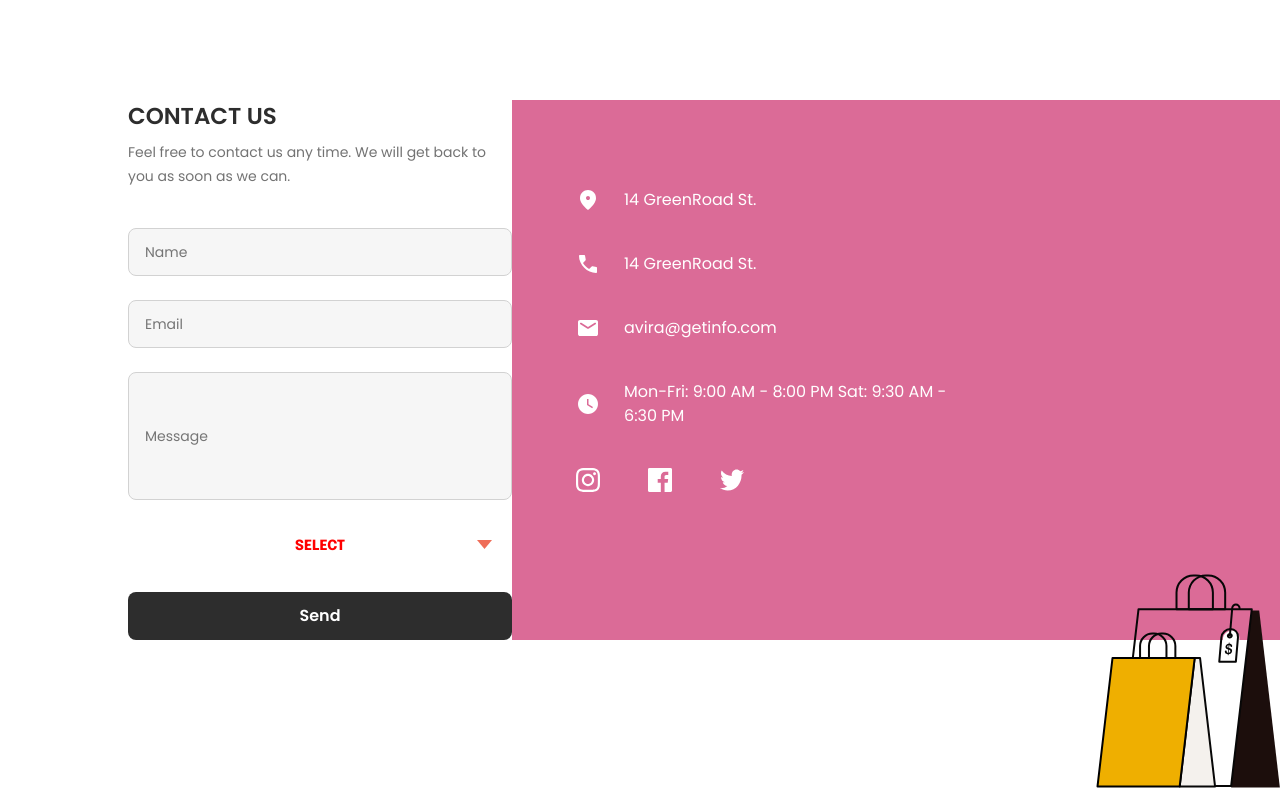
Repository: NatiqSamiyev/E-commerce-vebsite
Page: pages/contactPage/index.html
An editor plug-in stored every save of this project. The page is shown before and after the next save, followed by the edit.
The browser window is 1280 px wide. The pictures show the whole page.
Some web fonts or font styles are not loaded; a fallback is used.

Above is the page before, as saved 2023-12-05 12:07:12.

### pages/contactPage/index.html
<!DOCTYPE html>
<html lang="en">

<head>
    <meta charset="UTF-8">
    <meta name="viewport" content="width=device-width, initial-scale=1.0">
    <title>Document</title>
    <link rel="stylesheet" href="../../assets/css/reset.css">
    <link rel="stylesheet" href="./index.css">
</head>

<body>
    <div class="contact-us-container">
        <div class="form-container">
            <h1>CONTACT US</h1>
            <p>Feel free to contact us any time. We will get back to you as soon as we can.</p>
            <form action="">
                <label for="">
                    <input type="text" placeholder="Name" class="name-input" required>
                </label>
                <label for="">
                    <input type="email" placeholder="Email" class="email-input" required>
                </label>
                <label for="">
                    <input type="text" placeholder="Message" class="message-input" required>
                </label>
                <div class="select-container">
                    <div class="option-select">
                        <button class="btn-1">Select</button>
                        <svg class="no-rotate" xmlns="http://www.w3.org/2000/svg" width="10" height="6"
                            viewBox="0 0 10 6" fill="none">
                            <path d="M5 6L10 0H0L5 6Z" fill="#EF6D58" />
                        </svg>
                    </div>
                    <div class="option-box">
                        <p>Option-1</p>
                        <p>Option-2</p>
                    </div>
                </div>
                <button class="btn-2">Send</button>
            </form>
        </div>
        <div class="connection-container">
            <ul class="ul-1">
                <li>
                    <img src="../../assets/image/material-symbols_location-on.svg" alt="">
                    <p>14 GreenRoad St.</p>
                </li>
                <li>
                    <img src="../../assets/image/material-symbols_call.svg" alt="">
                    <p>14 GreenRoad St.</p>
                </li>
                <li>
                    <img src="../../assets/image/material-symbols_mail-rounded.svg" alt="">
                    <p>avira@getinfo.com</p>
                </li>
                <li>
                    <img src="../../assets/image/mdi_watch-later.svg" alt="">
                    <p>Mon-Fri: 9:00 AM - 8:00 PM Sat: 9:30 AM - 6:30 PM</p>
                </li>
            </ul>
            <ul class="ul-2">
                <li>
                    <a href="https://www.instagram.com/">
                        <img src="../../assets/image/akar-icons_instagram-fill.svg" alt="">
                    </a>
                </li>
                <li>
                    <a href="https://www.facebook.com/">
                        <img src="../../assets/image/carbon_logo-facebook.svg" alt="">
                    </a>
                </li>
                <li>
                    <a href="https://twitter.com/i/flow/login">
                        <img src="../../assets/image/ant-design_twitter-outlined.svg" alt="">
                    </a>
                </li>
            </ul>
        </div>
        <img class="ecommerse-image" src="../../assets/image/DrawKit-Vector-Illustration-ecommerce-11 1.svg" alt="">
    </div>
</body>
<script src="./index.js"></script>

</html>

### assets/css/reset.css
*{
    margin: 0;
    padding: 0;
    box-sizing: border-box;
}
li{
    list-style-type: none;
}
a{
    text-decoration: none;

}
button{
    border: none;
    background: none;
}

### pages/contactPage/index.css
@import url("https://fonts.googleapis.com/css2?family=Epilogue:wght@400;600;700;800;900&family=Inter:wght@400;500;600;700&family=Laila:wght@700&family=Open+Sans:wght@400;600;700;800&family=Poppins:wght@400;500;600;700;800;900&family=Roboto+Slab:wght@700&family=Roboto:wght@400;700;900&display=swap");
.contact-us-container {
  width: 100%;
  min-height: 100vh;
  padding: 100px 0 148px 128px;
  display: flex;
  justify-content: space-between;
  position: relative;
}
.contact-us-container .form-container {
  width: 384px;
}
.contact-us-container .form-container h1 {
  margin-bottom: 8px;
  color: var(--text-color-primary, #2d2d2d);
  font-family: Poppins;
  font-size: 23px;
  font-style: normal;
  font-weight: 600;
  line-height: 32px;
}
.contact-us-container .form-container p {
  margin-bottom: 40px;
  color: var(--text-color-tertiary, #737373);
  font-family: Poppins;
  font-size: 14px;
  font-style: normal;
  font-weight: 400;
  line-height: 24px;
}
.contact-us-container .form-container form {
  display: flex;
  flex-direction: column;
  gap: 24px;
}
.contact-us-container .form-container form label input {
  width: 100%;
  padding: 0 0 0 16px;
  height: 48px;
  border-radius: 8px;
  border: 1px solid var(--neutrals-rule, #d2d2d2);
  background: var(--neutrals-text-field-bg, #f6f6f6);
  outline: none;
  color: var(--text-color-tertiary, #737373);
  font-family: Poppins;
  font-size: 14px;
  font-style: normal;
  font-weight: 400;
  line-height: 24px;
}
.contact-us-container .form-container form label .message-input {
  height: 128px;
}
.contact-us-container .form-container form .select-container {
  width: 100%;
}
.contact-us-container .form-container form .select-container .option-select {
  position: relative;
}
.contact-us-container .form-container form .select-container .option-select .btn-1 {
  width: 100%;
  height: 100%;
  padding: 15px 10px;
  color: red;
  text-align: center;
  font-family: Epilogue;
  font-size: 14px;
  font-style: normal;
  font-weight: 800;
  line-height: normal;
  text-transform: uppercase;
  border: none;
  border-radius: 5px;
  cursor: pointer;
}
.contact-us-container .form-container form .select-container .option-select svg {
  width: 15px;
  height: 10px;
  position: absolute;
  top: 45%;
  right: 20px;
}
.contact-us-container .form-container form .select-container .option-box {
  width: 100%;
  border: 1px solid gray;
  border-radius: 5px;
  padding: 10px;
  margin-top: 5px;
  display: none;
  background-color: #fff;
  cursor: pointer;
}
.contact-us-container .form-container form .select-container .option-box p {
  font-size: 20px;
}
.contact-us-container .form-container form .select-container .no-rotate {
  transform: translateY(-45%);
}
.contact-us-container .form-container form .select-container .active {
  display: block;
}
.contact-us-container .form-container form .select-container .rotate {
  transform: translateY(-45%) rotate(180deg);
}
.contact-us-container .form-container form .btn-2 {
  display: flex;
  width: 384px;
  height: 48px;
  padding: 9.6px 0px;
  justify-content: center;
  align-items: center;
  border-radius: 8px;
  background: var(--text-color-primary, #2d2d2d);
  color: var(--text-color-secondary, #fff);
  text-align: center;
  font-family: Poppins;
  font-size: 16px;
  font-style: normal;
  font-weight: 600;
  line-height: 24px;
  cursor: pointer;
}
.contact-us-container .connection-container {
  padding: 88px 318px 88px 64px;
  background: var(--text-color-accent, #db6b97);
}
.contact-us-container .connection-container .ul-1 li {
  margin-bottom: 40px;
  display: flex;
  align-items: center;
}
.contact-us-container .connection-container .ul-1 li img {
  width: 24px;
  height: 24px;
}
.contact-us-container .connection-container .ul-1 li p {
  margin-left: 24px;
  color: var(--text-color-secondary, #fff);
  font-family: Poppins;
  font-size: 16px;
  font-style: normal;
  font-weight: 400;
  line-height: 24px;
}
.contact-us-container .connection-container .ul-2 {
  display: flex;
  align-items: center;
  gap: 48px;
}
.contact-us-container .connection-container .ul-2 img {
  width: 24px;
  height: 24px;
}
.contact-us-container .ecommerse-image {
  width: 184px;
  height: 214px;
  position: absolute;
  bottom: 0;
  right: 0;
}

### pages/contactPage/index.js
let form = document.querySelector("form");
let optionSelect = document.querySelector(".option-select");
let btn1 = document.querySelector(".btn-1");

After the next save:
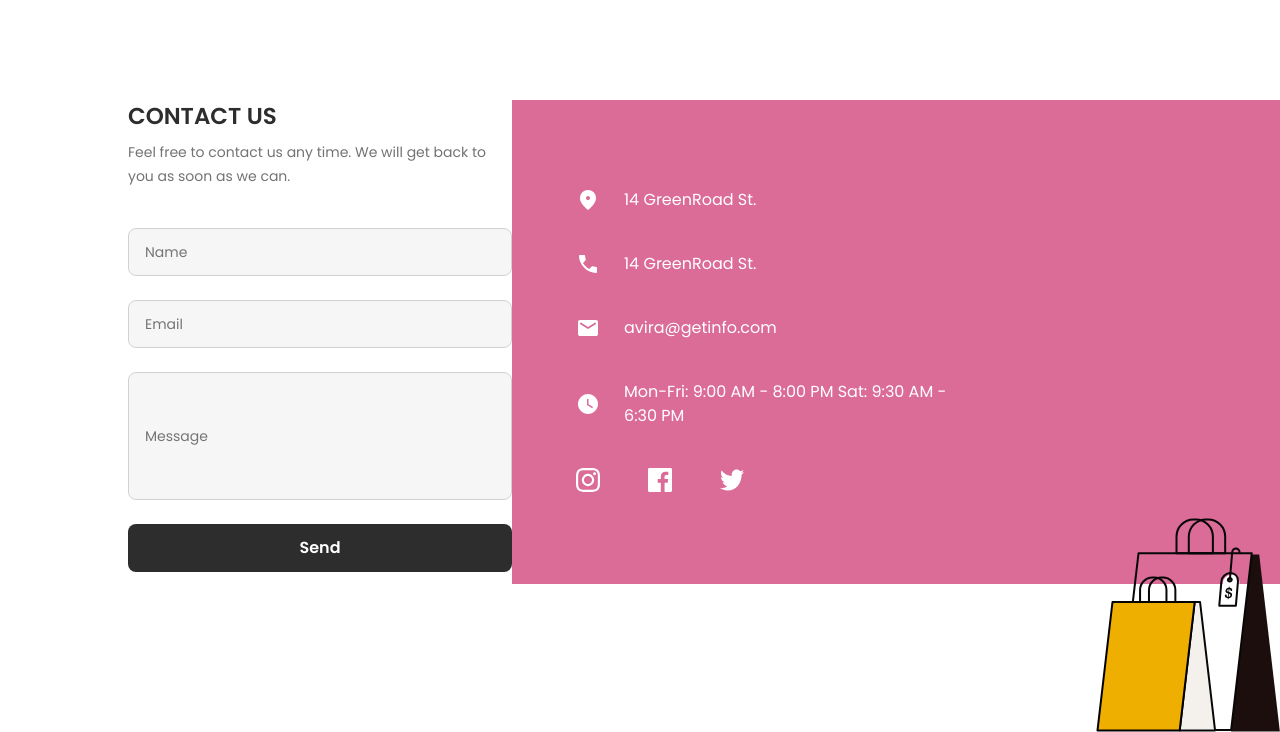
Saved 30 s later.
--- a/pages/contactPage/index.html
+++ b/pages/contactPage/index.html
@@ -24,7 +24,7 @@
                 <label for="">
                     <input type="text" placeholder="Message" class="message-input" required>
                 </label>
-                <div class="select-container">
+                <!-- <div class="select-container">
                     <div class="option-select">
                         <button class="btn-1">Select</button>
                         <svg class="no-rotate" xmlns="http://www.w3.org/2000/svg" width="10" height="6"
@@ -36,7 +36,7 @@
                         <p>Option-1</p>
                         <p>Option-2</p>
                     </div>
-                </div>
+                </div> -->
                 <button class="btn-2">Send</button>
             </form>
         </div>
